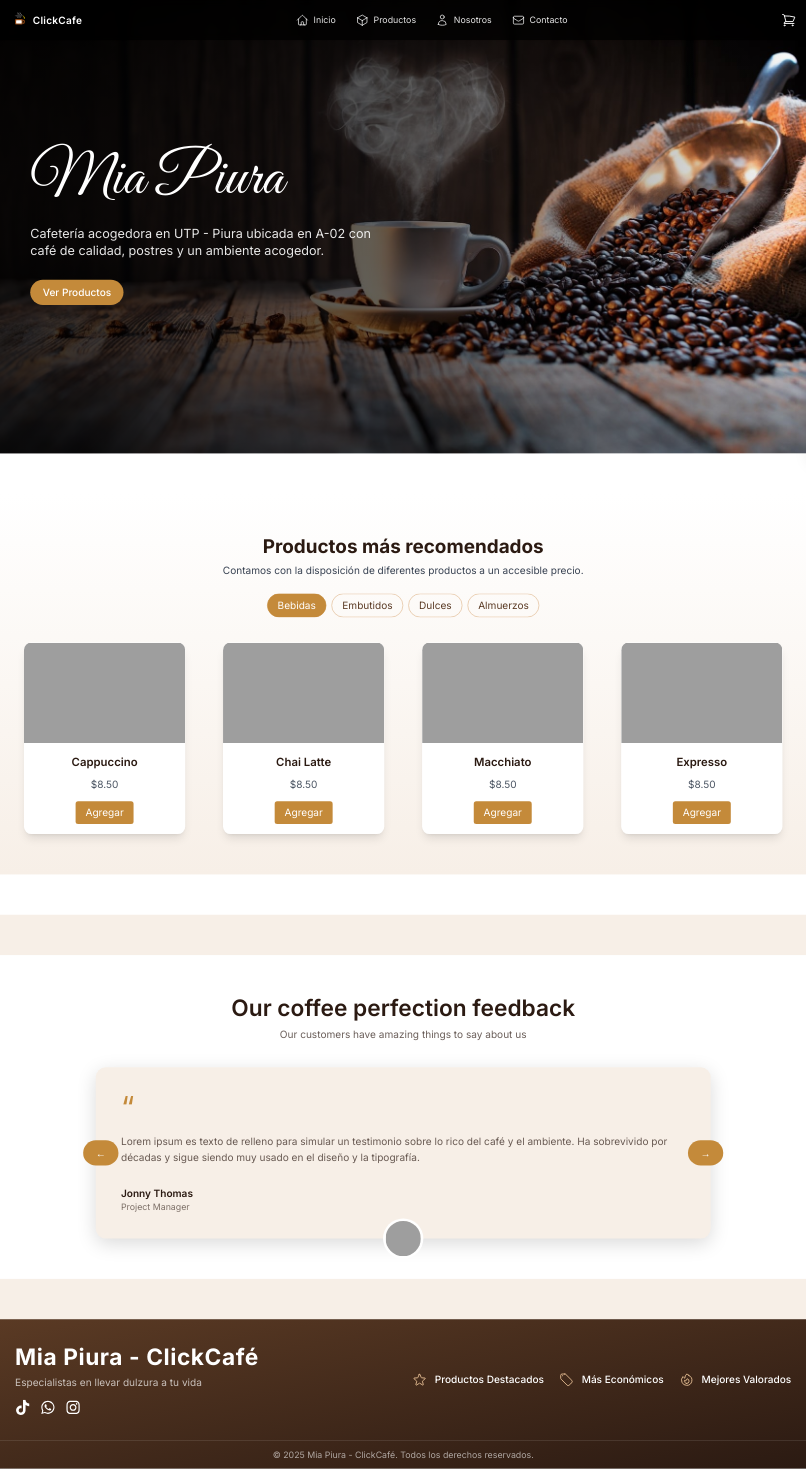
Repository: Adrian-JP777/INTEGRADOR
Page: /home (app in clickcafe/)
The author's editor kept a copy of each file at every save. The page is drawn from the files as they stood at one save, then again after the next save.
The browser window is 1280 px wide. The pictures show the whole page, at 63% of full size.
Pictures or frames that could not be fetched are drawn as grey boxes. The project was rebuilt for these pictures with package versions that can differ from the ones it lists, and the page was loaded fresh each time. Also part of the build but not shown: clickcafe/vite.config.js, clickcafe/src/pages/ProductsPage.jsx, clickcafe/src/pages/AboutPage.jsx, clickcafe/src/layouts/AdminLayout.jsx, clickcafe/src/pages/admin/AdminHomePage.jsx, clickcafe/src/pages/admin/AdminProductsPage.jsx, clickcafe/src/pages/admin/AdminPedidosPage.jsx, clickcafe/src/pages/admin/AdminSalesPage.jsx.

Above is the page before, as saved 2025-09-24 23:27:44.

### clickcafe/index.html
<!doctype html>
<html lang="es">
  <head>
    <meta charset="UTF-8" />
    <meta name="viewport" content="width=device-width, initial-scale=1.0" />
    <title>ClickCafe - Tu café en Piura</title>
    <meta name="description" content="ClickCafe: disfruta café, postres y almuerzos en un ambiente acogedor en Piura." />
    <link rel="icon" type="image/svg+xml" href="/logo.svg" />
    <link href="https://fonts.googleapis.com/css2?family=Great+Vibes&family=Inter:wght@300;400;500;600;700&display=swap" rel="stylesheet">
  </head>
  <body class="bg-white text-cafe-900">
    <div id="root"></div>
    <script type="module" src="/src/main.jsx"></script>
  </body>
</html>

### clickcafe/src/App.jsx
import { useState } from "react";
import { Routes, Route, useLocation, Navigate } from "react-router-dom";

// Componentes usuarios
import Navbar from './components/Navbar';
import Footer from './components/Footer';
import CartDrawer from './components/CartDrawer';
import HomePage from './pages/HomePage';
import ProductsPage from './pages/ProductsPage';
import AboutPage from './pages/AboutPage';

// Componentes admin
import AdminLayout from "./layouts/AdminLayout";
import AdminHomePage from "./pages/admin/AdminHomePage";
import AdminProductsPage from "./pages/admin/AdminProductsPage";
import AdminPedidosPage from "./pages/admin/AdminPedidosPage";
import AdminSalesPage from "./pages/admin/AdminSalesPage";

export default function App() {
  const [openCart, setOpenCart] = useState(false);
  const [cart, setCart] = useState([]);
  const [isAdmin, setIsAdmin] = useState(true);
  const location = useLocation();
  const isHome = location.pathname === '/';

  const addToCart = (prod) => {
    setCart((prev) => {
      const exists = prev.find((p) => p.id === prod.id);
      if (exists) return prev.map((p) => (p.id === prod.id ? { ...p, quantity: p.quantity + 1 } : p));
      return [...prev, { ...prod, quantity: 1 }];
    });
    setOpenCart(true);
  };

  const removeFromCart = (id) => setCart((prev) => prev.filter((p) => p.id !== id));
  const changeQuantity = (id, d) =>
    setCart((prev) => prev.map((p) => (p.id === id ? { ...p, quantity: Math.max(1, p.quantity + d) } : p)));

  return (
    <div className="min-h-screen flex flex-col bg-white">
      {!location.pathname.startsWith('/admin') && (
        <Navbar
          overlay={isHome}
          onOpenCart={() => setOpenCart(true)}
          count={cart.reduce((a, b) => a + b.quantity, 0)}
        />
      )}

      <main className="flex-1">
        <Routes>
          <Route path="/home" element={<HomePage onAdd={addToCart} />} />
          <Route path="/products" element={<ProductsPage onAdd={addToCart} />} />
          <Route path="/about" element={<AboutPage />} />

          {isAdmin && (
            <Route path="/admin" element={<AdminLayout />}>
              <Route index element={<Navigate to="home" replace />} />
              <Route path="home" element={<AdminHomePage />} />
              <Route path="products" element={<AdminProductsPage />} />
              <Route path="pedidos" element={<AdminPedidosPage />} />
              <Route path="sales" element={<AdminSalesPage />} />
            </Route>
          )}

          {!isAdmin && <Route path="/admin/*" element={<Navigate to="/" replace />} />}
        </Routes>
      </main>

      {!location.pathname.startsWith('/admin') && <Footer />}

      <CartDrawer
        open={openCart}
        onClose={() => setOpenCart(false)}
        cart={cart}
        remove={removeFromCart}
        changeQuantity={changeQuantity}
      />
    </div>
  );
}

### clickcafe/src/index.css
@import url('https://fonts.googleapis.com/css2?family=Great+Vibes&family=Inter:wght@300;400;500;600;700&display=swap');

@tailwind base;
@tailwind components;
@tailwind utilities;

@layer components {
  .boton-dorado { @apply bg-cafe-500 text-white rounded-full px-5 py-2 font-medium hover:opacity-90 transition; }
  .titulo-seccion { @apply text-3xl md:text-4xl font-semibold text-cafe-900 text-center; }
  .parrafo-suave { @apply text-cafe-900/70 leading-relaxed; }
}

html, body {
  margin: 0;
  padding: 0;
  background-color: #000;
}

### clickcafe/src/components/Navbar.jsx
import { useState } from "react";
import { Link, NavLink } from "react-router-dom";
import { motion } from "framer-motion";
import {
  HomeIcon,
  CubeIcon,
  UserIcon,
  EnvelopeIcon,
  ShoppingCartIcon,
  Bars3Icon,
  XMarkIcon,
} from "@heroicons/react/24/outline";

export default function Navbar({ onOpenCart, count = 0 }) {
  const [menuOpen, setMenuOpen] = useState(false);

  const links = [
    { to: "/", label: "Inicio", icon: <HomeIcon className="w-5 h-5" /> },
    { to: "/products", label: "Productos", icon: <CubeIcon className="w-5 h-5" /> },
    { to: "/about", label: "Nosotros", icon: <UserIcon className="w-5 h-5" /> },
    { to: "/contact", label: "Contacto", icon: <EnvelopeIcon className="w-5 h-5" /> },
  ];

  return (
    <motion.header
      className="fixed top-0 left-0 right-0 z-50 text-white bg-black/70 backdrop-blur h-16"
      initial={{ y: -80, opacity: 0 }}
      animate={{ y: 0, opacity: 1 }}
      transition={{ duration: 0.6 }}
    >
      <div className="max-w-7xl mx-auto px-4 h-full flex items-center justify-between">
        <motion.div
          initial={{ opacity: 0, y: -20 }}
          animate={{ opacity: 1, y: 0 }}
          transition={{ duration: 0.6 }}
        >
          <Link to="/" className="flex items-center gap-2">
            <img src="/cafeclick.svg" alt="ClickCafe" className="h-7" />
            <span className="font-semibold tracking-wide">ClickCafe</span>
          </Link>
        </motion.div>

        <nav className="hidden md:flex items-center gap-8">
          {links.map((i, idx) => (
            <motion.div
              key={i.to}
              initial={{ opacity: 0, y: -20 }}
              animate={{ opacity: 1, y: 0 }}
              transition={{ duration: 0.6, delay: idx * 0.1 }}
            >
              <NavLink
                to={i.to}
                className={({ isActive }) =>
                  `flex items-center gap-2 text-sm ${
                    isActive ? "text-cafe-300" : "text-white/90 hover:text-white"
                  }`
                }
              >
                {i.icon}
                {i.label}
              </NavLink>
            </motion.div>
          ))}
        </nav>

        <motion.div
          className="flex items-center gap-4"
          initial={{ opacity: 0, y: -20 }}
          animate={{ opacity: 1, y: 0 }}
          transition={{ duration: 0.6, delay: 0.3 }}
        >
          <button
            className="md:hidden focus:outline-none p-1 rounded-lg hover:bg-white/10 transition"
            onClick={() => setMenuOpen(!menuOpen)}
            aria-label="Menú"
          >
            {menuOpen ? <XMarkIcon className="w-7 h-7" /> : <Bars3Icon className="w-7 h-7" />}
          </button>

          <button onClick={onOpenCart} className="relative hover:opacity-80" aria-label="Carrito">
            <ShoppingCartIcon className="w-6 h-6" />
            {count > 0 && (
              <span className="absolute -top-1 -right-1 bg-cafe-500 text-white text-xs rounded-full px-1">
                {count}
              </span>
            )}
          </button>
        </motion.div>
      </div>

      {menuOpen && (
        <motion.div
          initial={{ opacity: 0, y: -20 }}
          animate={{ opacity: 1, y: 0 }}
          exit={{ opacity: 0, y: -20 }}
          transition={{ duration: 0.3 }}
          className="md:hidden bg-black/90 backdrop-blur-sm text-white px-6 py-4 space-y-4"
        >
          {links.map((i) => (
            <NavLink
              key={i.to}
              to={i.to}
              className={({ isActive }) =>
                `flex items-center gap-2 text-base ${
                  isActive ? "text-cafe-300" : "text-white/90 hover:text-white"
                }`
              }
              onClick={() => setMenuOpen(false)}
            >
              {i.icon}
              {i.label}
            </NavLink>
          ))}
        </motion.div>
      )}
    </motion.header>
  );
}

### clickcafe/src/components/CartDrawer.jsx
export default function CartDrawer({ open, onClose, cart, remove, changeQuantity }) {
  const total = cart.reduce((a,b)=> a + b.price * b.quantity, 0)

  return (
    <div className={`fixed inset-0 z-50 ${open? 'pointer-events-auto':'pointer-events-none'}`}>
      {/* Backdrop */}
      <div onClick={onClose} className={`absolute inset-0 bg-black/50 transition ${open? 'opacity-100':'opacity-0'}`} />
      {/* Panel */}
      <aside className={`absolute right-0 top-0 h-full w-full max-w-md bg-white shadow-xl transition-transform ${open? 'translate-x-0':'translate-x-full'}`}>
        <div className="p-4 border-b flex items-center justify-between">
          <h3 className="text-lg font-semibold">Tu carrito</h3>
          <button onClick={onClose} className="text-cafe-700">Cerrar</button>
        </div>
        <div className="p-4 space-y-4 overflow-y-auto h-[calc(100%-160px)]">
          {cart.length===0 && <p className="text-cafe-900/60">Aún no agregas productos.</p>}
          {cart.map(p => (
            <div key={p.id} className="flex gap-3 items-center">
              <img src={p.image} alt={p.name} className="w-16 h-16 rounded object-cover"/>
              <div className="flex-1">
                <div className="font-medium">{p.name}</div>
                <div className="text-sm text-cafe-900/70">S/{p.price.toFixed(2)}</div>
                <div className="flex items-center gap-2 mt-1">
                  <button onClick={()=>changeQuantity(p.id, -1)} className="px-2 border rounded">-</button>
                  <span>{p.quantity}</span>
                  <button onClick={()=>changeQuantity(p.id, +1)} className="px-2 border rounded">+</button>
                </div>
              </div>
              <button onClick={()=>remove(p.id)} className="text-red-600 text-sm">Quitar</button>
            </div>
          ))}
        </div>
        <div className="p-4 border-t">
          <div className="flex items-center justify-between mb-3">
            <span className="font-medium">Total</span>
            <span className="font-semibold">S/{total.toFixed(2)}</span>
          </div>
          <button className="w-full boton-dorado">Pagar</button>
        </div>
      </aside>
    </div>
  )
}

### clickcafe/src/pages/HomePage.jsx
// src/pages/HomePage.jsx
import Hero from '../components/Hero';
import ProductTabs from '../components/ProductTabs';
import Testimonials from '../components/Testimonials';

export default function HomePage({ onAdd }) {
  return (
    <main className="flex flex-col min-h-screen bg-white">
      {/* Hero */}
      <Hero />

      {/* Productos recomendados */}
      <section id="recomendados" className="bg-white py-16">
        <ProductTabs onAdd={onAdd} />
      </section>

      {/* Testimonios */}
      <section className="bg-cafe-50 py-16">
        <Testimonials />
      </section>
    </main>
  );
}

### clickcafe/src/components/Hero.jsx
import { motion } from "framer-motion";
import Boton from "./ui/boton";

export default function Hero() {
  const fondo = "/hero.jpg";

  return (
    <section className="relative min-h-screen grid items-center text-white overflow-hidden">
      {/* Imagen de fondo */}
      <div
        className="absolute inset-0 bg-cover bg-center md:bg-right"
        style={{ backgroundImage: `url(${fondo})` }}
        aria-hidden="true"
      />
      {/* Gradiente */}
      <div className="absolute inset-0 bg-gradient-to-r from-black/80 via-black/60 to-transparent" />

      {/* Contenido */}
      <div className="relative z-10 max-w-6xl px-6 md:px-12 text-center md:text-left">
        <motion.h1
          className="font-marca text-4xl sm:text-5xl md:text-7xl lg:text-8xl leading-tight"
          initial={{ opacity: 0, y: 50 }}
          animate={{ opacity: 1, y: 0 }}
          transition={{ duration: 0.8 }}
        >
          Mia Piura
        </motion.h1>

        <motion.p
          className="mt-6 max-w-md sm:max-w-lg md:max-w-xl text-white/90 mx-auto md:mx-0 text-base sm:text-lg md:text-xl"
          initial={{ opacity: 0, y: 30 }}
          animate={{ opacity: 1, y: 0 }}
          transition={{ duration: 1, delay: 0.2 }}
        >
          Cafetería acogedora en UTP - Piura ubicada en A-02 con café de calidad, postres y un ambiente acogedor.
        </motion.p>

        <motion.div
          className="mt-8 flex justify-center md:justify-start"
          initial={{ opacity: 0, y: 20 }}
          animate={{ opacity: 1, y: 0 }}
          transition={{ duration: 1, delay: 0.4 }}
        >
          <Boton
            onClick={() =>
              document.getElementById("recomendados")?.scrollIntoView({ behavior: "smooth" })
            }
          >
            Ver Productos
          </Boton>
        </motion.div>
      </div>
    </section>
  );
}

### clickcafe/src/components/ProductTabs.jsx
// ProductTabs.jsx
import { motion } from "framer-motion"
import { useMemo, useState } from "react"
import { CATEGORIES, products } from "../data/products"
import ProductCard from "./ProductCard"

export default function ProductTabs({ onAdd }) {
  const [category, setCategory] = useState("Bebidas")
  const filtered = useMemo(
    () => products.filter((p) => p.category === category),
    [category]
  )

  return (
    <section
      id="recomendados"
      className="py-16 bg-gradient-to-b from-white to-cafe-50"
    >
      <div className="max-w-7xl mx-auto px-4 sm:px-6">
        <motion.h2
          className="titulo-seccion text-center text-3xl font-bold"
          initial={{ opacity: 0, y: -30 }}
          whileInView={{ opacity: 1, y: 0 }}
          viewport={{ once: false, amount: 0.3 }}
          transition={{ duration: 0.6 }}
        >
          Productos más recomendados
        </motion.h2>

        <motion.p
          className="text-center mt-2 parrafo-suave text-gray-700"
          initial={{ opacity: 0, y: 20 }}
          whileInView={{ opacity: 1, y: 0 }}
          viewport={{ once: false, amount: 0.3 }}
          transition={{ duration: 0.6, delay: 0.2 }}
        >
          Contamos con la disposición de diferentes productos a un accesible precio.
        </motion.p>

        {/* Categorías */}
        <div className="mt-6 flex gap-2 overflow-x-auto scrollbar-hide justify-start sm:justify-center">
          {CATEGORIES.map((c) => (
            <button
              key={c}
              onClick={() => setCategory(c)}
              className={`px-4 py-1.5 whitespace-nowrap rounded-full border ${
                category === c
                  ? "bg-cafe-500 text-white border-cafe-500"
                  : "border-cafe-300 text-cafe-700 hover:bg-cafe-100"
              }`}
            >
              {c}
            </button>
          ))}
        </div>

        {/* Grid de productos */}
        <div className="mt-10 grid grid-cols-2 md:grid-cols-3 lg:grid-cols-4 gap-6 sm:gap-8">
          {filtered.map((p, i) => (
            <motion.div
              key={p.id}
              initial={{ opacity: 0, y: 40 }}
              whileInView={{ opacity: 1, y: 0 }}
              viewport={{ once: false, amount: 0.2 }}
              transition={{ duration: 0.6, delay: i * 0.1 }}
              className="w-full flex justify-center" // centra la card
            >
              <ProductCard product={p} onAdd={onAdd} />
            </motion.div>
          ))}
        </div>
      </div>
    </section>
  )
}

### clickcafe/src/components/Testimonials.jsx
export default function Testimonials(){
  return (
    <section className="py-16 bg-white">
      <div className="max-w-5xl mx-auto px-6">
        <h2 className="titulo-seccion">Our coffee perfection feedback</h2>
        <p className="text-center mt-2 parrafo-suave">Our customers have amazing things to say about us</p>

        <div className="mt-10 relative bg-cafe-50 rounded-2xl p-10 shadow-suave">
          <div className="text-5xl text-cafe-500">“</div>
          <p className="parrafo-suave mt-4">
            Lorem ipsum es texto de relleno para simular un testimonio sobre lo rico del café y el ambiente.
            Ha sobrevivido por décadas y sigue siendo muy usado en el diseño y la tipografía.
          </p>
          <div className="mt-8">
            <div className="font-semibold text-cafe-900">Jonny Thomas</div>
            <div className="text-sm text-cafe-900/60">Project Manager</div>
          </div>
          <img
            src="https://images.unsplash.com/photo-1506794778202-cad84cf45f1d?q=80&w=200&auto=format&fit=crop"
            alt="cliente"
            className="w-14 h-14 rounded-full ring-4 ring-white absolute -bottom-7 left-1/2 -translate-x-1/2"
          />

          <button className="absolute top-1/2 -left-5 -translate-y-1/2 boton-dorado" aria-label="Anterior">←</button>
          <button className="absolute top-1/2 -right-5 -translate-y-1/2 boton-dorado" aria-label="Siguiente">→</button>
        </div>
      </div>
    </section>
  )
}

### clickcafe/src/components/ProductCard.jsx
// ProductCard.jsx
export default function ProductCard({ product, onAdd }) {
  return (
    <div className="bg-white rounded-xl shadow-lg overflow-hidden w-64 flex flex-col items-center">
      {product.image && (
        <img
          src={product.image}
          alt={product.name}
          className="w-full h-40 object-cover"
        />
      )}
      <div className="p-4 flex flex-col items-center gap-2 text-center">
        <h3 className="font-semibold text-lg">{product.name}</h3>
        <p className="text-gray-600">${product.price.toFixed(2)}</p>
        <button
          onClick={() => onAdd(product)}
          className="mt-2 px-4 py-1.5 bg-cafe-500 text-white rounded hover:bg-cafe-600 transition"
        >
          Agregar
        </button>
      </div>
    </div>
  )
}

### clickcafe/src/components/ui/boton.jsx
export default function Boton({ className = "", children, ...props }) {
  return (
    <button className={`boton-dorado ${className}`} {...props}>
      {children}
    </button>
  )
}

Loaded but not shown: clickcafe/src/main.jsx (common file); clickcafe/src/data/products.js (11 lines, source omitted); clickcafe/tailwind.config.js (23 lines, source omitted); clickcafe/src/components/Footer.jsx (111 lines, source omitted)

After the next save:
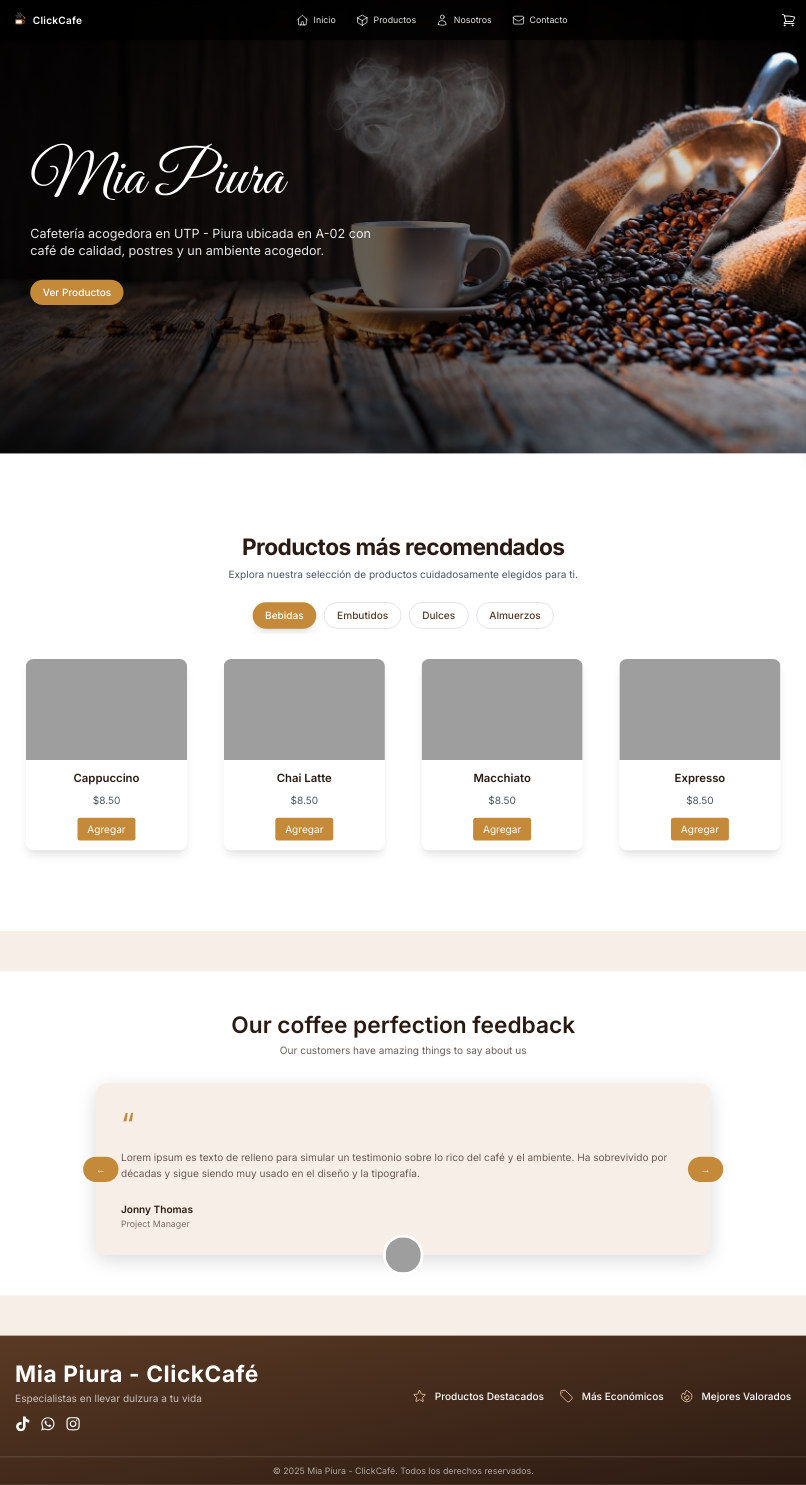
Saved 82 s later.
--- a/clickcafe/src/components/ProductTabs.jsx
+++ b/clickcafe/src/components/ProductTabs.jsx
@@ -12,13 +12,11 @@ export default function ProductTabs({ onAdd }) {
   )
 
   return (
-    <section
-      id="recomendados"
-      className="py-16 bg-gradient-to-b from-white to-cafe-50"
-    >
+    <section id="recomendados" className="py-16 bg-white">
       <div className="max-w-7xl mx-auto px-4 sm:px-6">
+        {/* Título */}
         <motion.h2
-          className="titulo-seccion text-center text-3xl font-bold"
+          className="text-center text-4xl font-bold text-cafe-900 tracking-tight"
           initial={{ opacity: 0, y: -30 }}
           whileInView={{ opacity: 1, y: 0 }}
           viewport={{ once: false, amount: 0.3 }}
@@ -27,27 +25,28 @@ export default function ProductTabs({ onAdd }) {
           Productos más recomendados
         </motion.h2>
 
+        {/* Subtítulo */}
         <motion.p
-          className="text-center mt-2 parrafo-suave text-gray-700"
+          className="text-center mt-3 text-gray-600 max-w-2xl mx-auto"
           initial={{ opacity: 0, y: 20 }}
           whileInView={{ opacity: 1, y: 0 }}
           viewport={{ once: false, amount: 0.3 }}
           transition={{ duration: 0.6, delay: 0.2 }}
         >
-          Contamos con la disposición de diferentes productos a un accesible precio.
+          Explora nuestra selección de productos cuidadosamente elegidos para ti.
         </motion.p>
 
-        {/* Categorías */}
-        <div className="mt-6 flex gap-2 overflow-x-auto scrollbar-hide justify-start sm:justify-center">
+        {/* Botones de categorías */}
+        <div className="mt-6 flex gap-3 overflow-x-auto scrollbar-hide justify-center py-2">
           {CATEGORIES.map((c) => (
             <button
               key={c}
               onClick={() => setCategory(c)}
-              className={`px-4 py-1.5 whitespace-nowrap rounded-full border ${
-                category === c
-                  ? "bg-cafe-500 text-white border-cafe-500"
-                  : "border-cafe-300 text-cafe-700 hover:bg-cafe-100"
-              }`}
+              className={`px-5 py-2 rounded-full font-medium transition-colors duration-300
+                ${category === c
+                  ? "bg-cafe-500 text-white shadow-lg"
+                  : "bg-white text-cafe-700 border border-gray-300 hover:bg-cafe-50"}`
+              }
             >
               {c}
             </button>
@@ -55,7 +54,7 @@ export default function ProductTabs({ onAdd }) {
         </div>
 
         {/* Grid de productos */}
-        <div className="mt-10 grid grid-cols-2 md:grid-cols-3 lg:grid-cols-4 gap-6 sm:gap-8">
+        <div className="mt-10 grid grid-cols-1 sm:grid-cols-2 md:grid-cols-3 lg:grid-cols-4 gap-6">
           {filtered.map((p, i) => (
             <motion.div
               key={p.id}
@@ -63,7 +62,7 @@ export default function ProductTabs({ onAdd }) {
               whileInView={{ opacity: 1, y: 0 }}
               viewport={{ once: false, amount: 0.2 }}
               transition={{ duration: 0.6, delay: i * 0.1 }}
-              className="w-full flex justify-center" // centra la card
+              className="flex justify-center"
             >
               <ProductCard product={p} onAdd={onAdd} />
             </motion.div>
